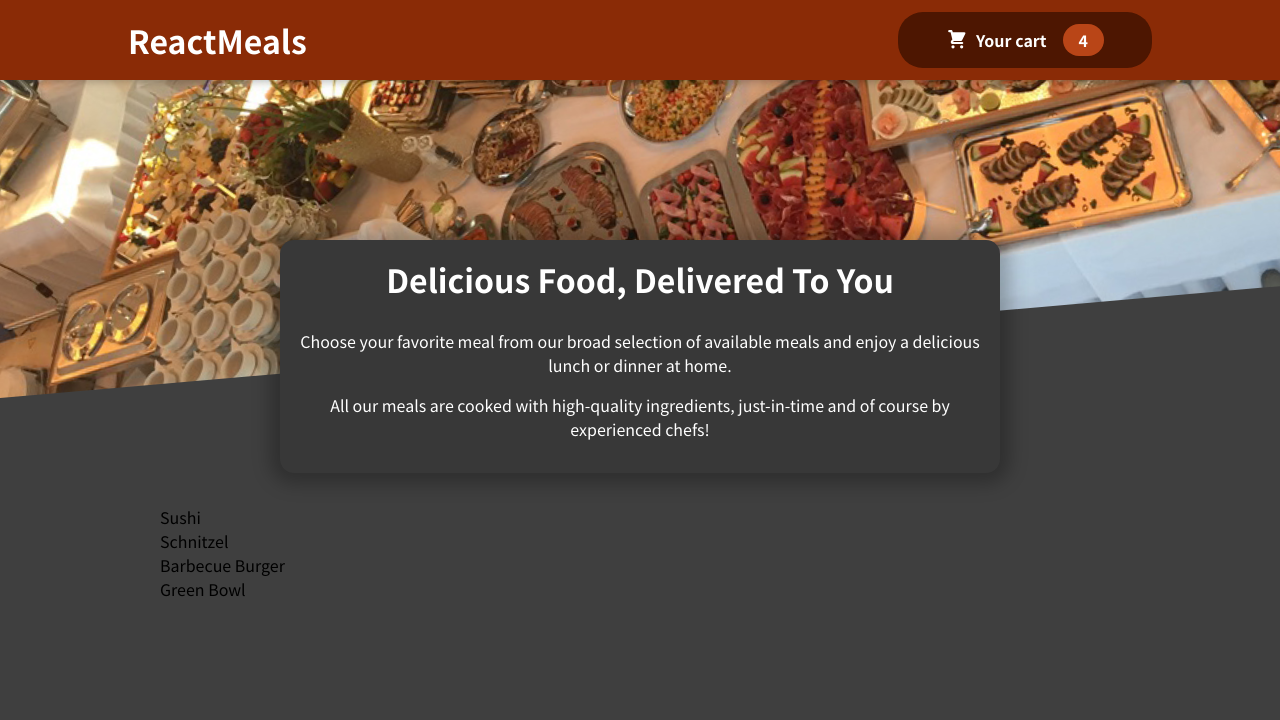
Repository: TonyHoukun-2022/React-foodApp-demo
Page: / (app in Desktop/REACT/React_FoodOrderApp/)
An editor plug-in stored every save of this project. The page is shown before and after the next save, followed by the edit.
The browser window is 1280 px wide. The pictures show the whole page.
The project was rebuilt for these pictures with package versions that can differ from the ones it lists, and the page was loaded fresh each time.

Above is the page before, as saved 2021-12-05 15:44:50.

After the next save:
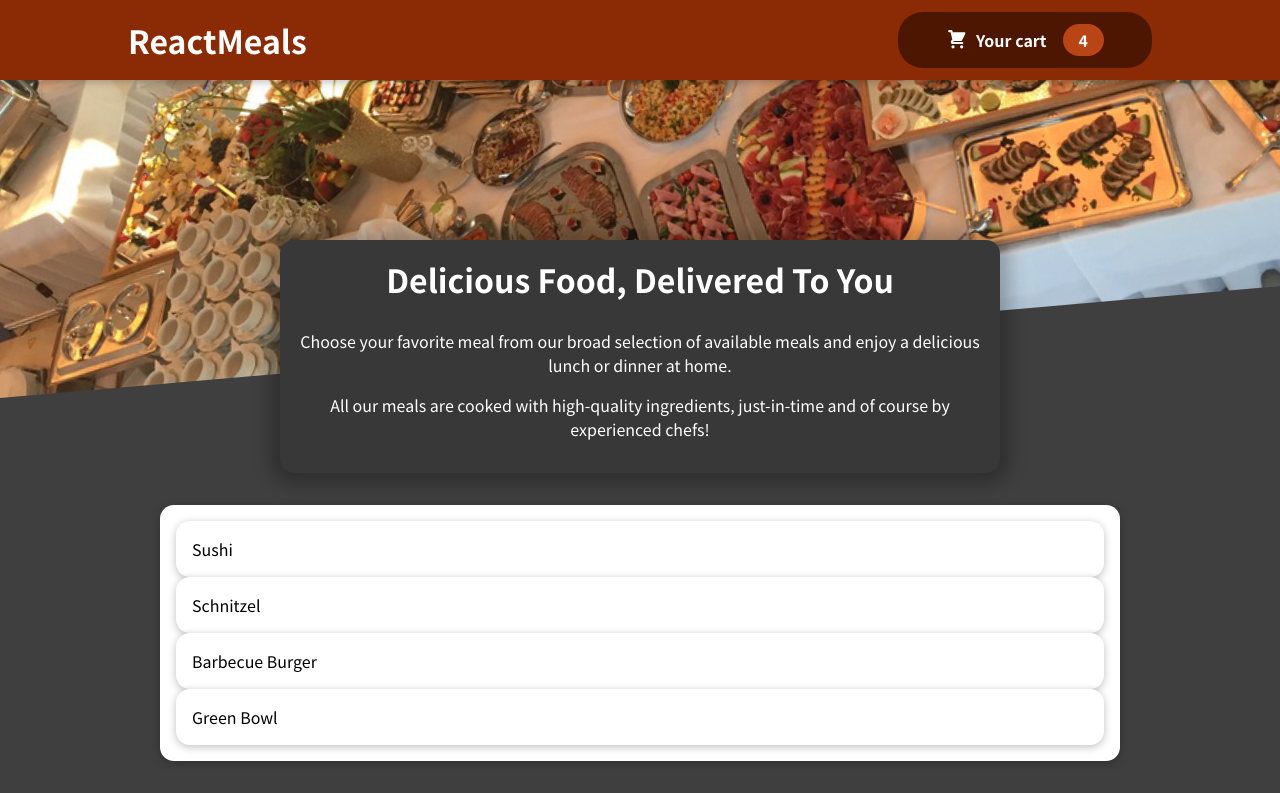
Saved 116 s later.
--- a/Desktop/REACT/React_FoodOrderApp/src/components/Meals/AvailableMeals.js
+++ b/Desktop/REACT/React_FoodOrderApp/src/components/Meals/AvailableMeals.js
@@ -1,4 +1,5 @@
 import styles from "./AvailableMeals.module.css"
+import Card from "../UI/Card"
 const DUMMY_MEALS = [
   {
     id: "m1",
@@ -27,13 +28,16 @@ const DUMMY_MEALS = [
 ]
 const AvailableMeals = () => {
     const mealsList = DUMMY_MEALS.map(meal => (
-        <li>{meal.name}</li>
+        <Card>{meal.name}</Card>
     ))
     return (
         <section className={styles.meals}>
-            <ul>
-                {mealsList}
-            </ul>
+            <Card>
+                <ul>
+                    {mealsList}
+                </ul>
+            </Card>
+
         </section>
     )
 }
